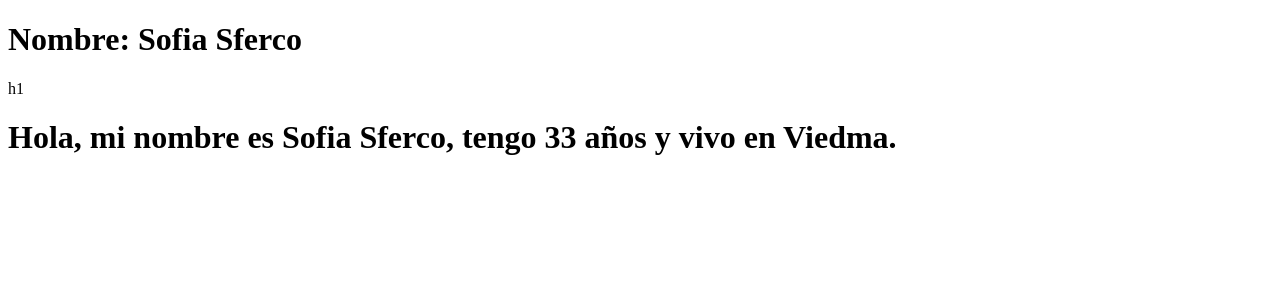
Repository: SofiaSferco/PWA-2026
Page: practico01/index.html
These files come from the project's save history. The page is drawn as it stood at one moment and after a run of saves; the edit follows.
The browser window is 1280 px wide. The pictures show the whole page.

Above is the page before, as saved 2026-09-10 00:10:29.

### practico01/index.html
<!DOCTYPE html>
<html lang="en">
<head>
    <meta charset="UTF-8">
    <title>Practico 01</title>
    <script src="https://cdn.jsdelivr.net/npm/vue/dist/vue.js"></script>
</head>
<body>
    <div id="app">
        <h1>Nombre: {{nombre}}</h1>
        h1
        <h1>Hola, mi nombre es {{nombre}}, tengo {{edad}} años y vivo en {{ciudad}}.</h1>
    </div>
    <script>
       var app= new Vue({
           el: '#app',
           data: {
               nombre: 'Sofia Sferco',
               edad: 33,
               ciudad: 'Viedma',
           }
       })
    </script>
</body>
</html>

After the next 2 saves:
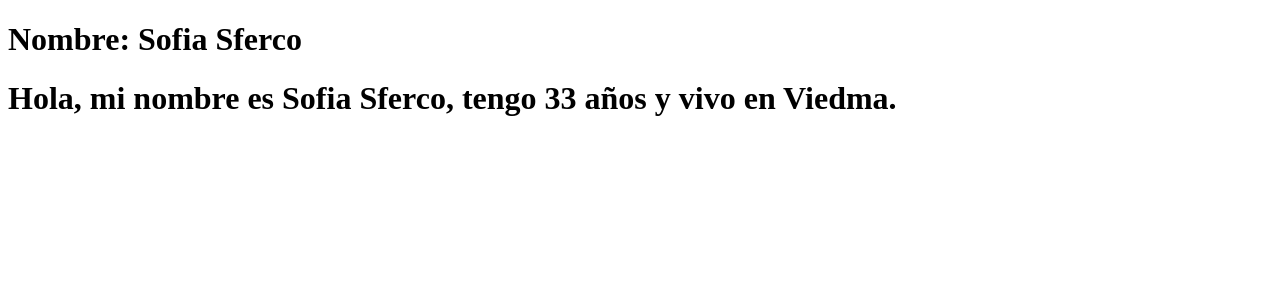
The 2 saves are shown as one change because they came seconds apart.
The last was saved 8 s later.
--- a/practico01/index.html
+++ b/practico01/index.html
@@ -8,7 +8,7 @@
 <body>
     <div id="app">
         <h1>Nombre: {{nombre}}</h1>
-        h1
+
         <h1>Hola, mi nombre es {{nombre}}, tengo {{edad}} años y vivo en {{ciudad}}.</h1>
     </div>
     <script>
